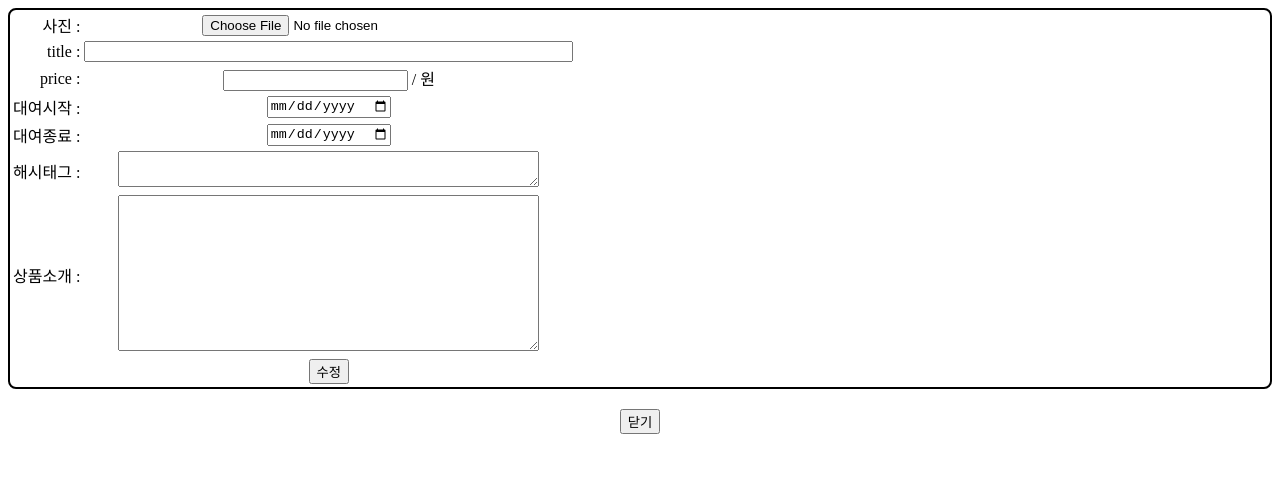
Repository: heebedev/TheJoeun_JSP
Page: http://localhost/TeamProject_05/prdCheck.jsp
The author's editor kept a copy of each file at every save. The page is drawn from the files as they stood at one save, then again after the next save.
The browser window is 1280 px wide. The pictures show the whole page.
The page is served by Tomcat 9. The template is opened directly, without the code that normally fills it, so the values that code supplies are empty.

Above is the page before, as saved 2020-06-19 09:05:53.

After the next save:
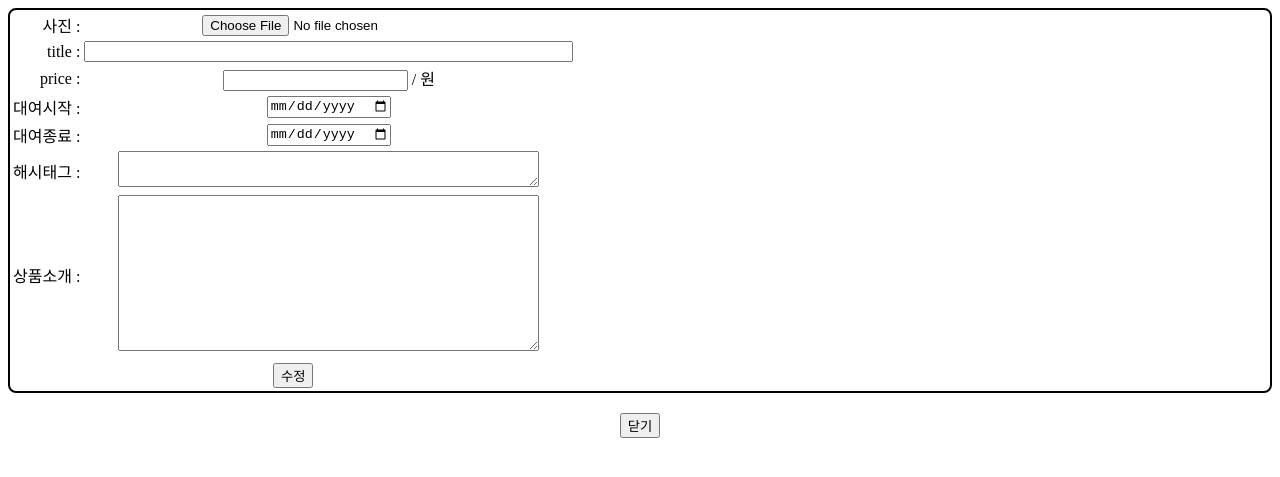
Saved 67 s later.
--- a/TeamProject_05/WebContent/prdCheck.jsp
+++ b/TeamProject_05/WebContent/prdCheck.jsp
@@ -97,8 +97,9 @@
 					</tr>
 					<tr>
 						<td><input type = "hidden" name="prdseq" value="${pdDetail.prdseq }"></td>
-						<td><input type="submit" name="submit" value="수정"></td>
+						<td></td>
 					</tr>
+					<tr><td colspan="2"><input type="submit" name="submit" value="수정"></td></tr>
 				</table>
 			</form>
 
